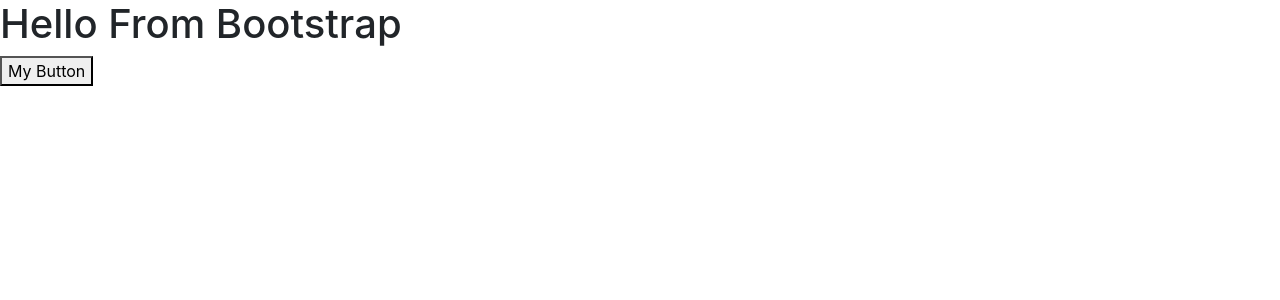
Repository: mohsinfarabi/bootstrap-practice
Page: index.html
The author's editor kept a copy of each file at every save. The page is drawn from the files as they stood at one save, then again after the next save.
The browser window is 1280 px wide. The pictures show the whole page.

Above is the page before, as saved 2020-07-06 02:43:49.

After the next save:
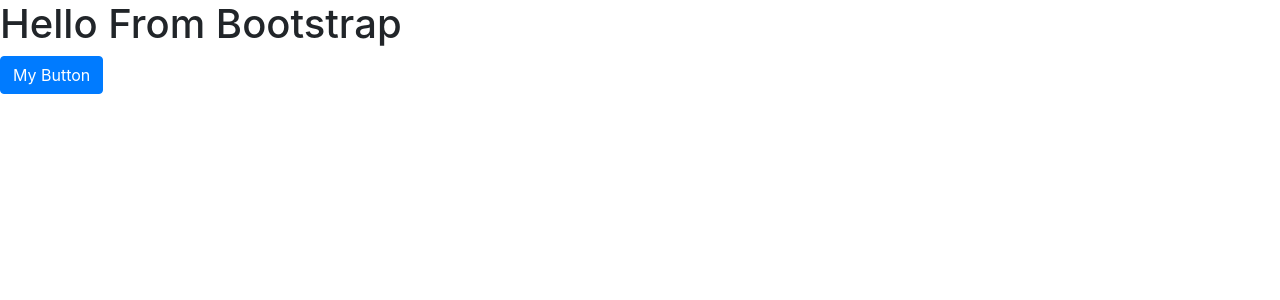
Saved 64 s later.
--- a/index.html
+++ b/index.html
@@ -10,7 +10,7 @@
 
 <body>
     <h1>Hello From Bootstrap</h1>
-    <button>My Button</button>
+    <button class="btn btn-primary">My Button</button>
 </body>
 
 </html>
